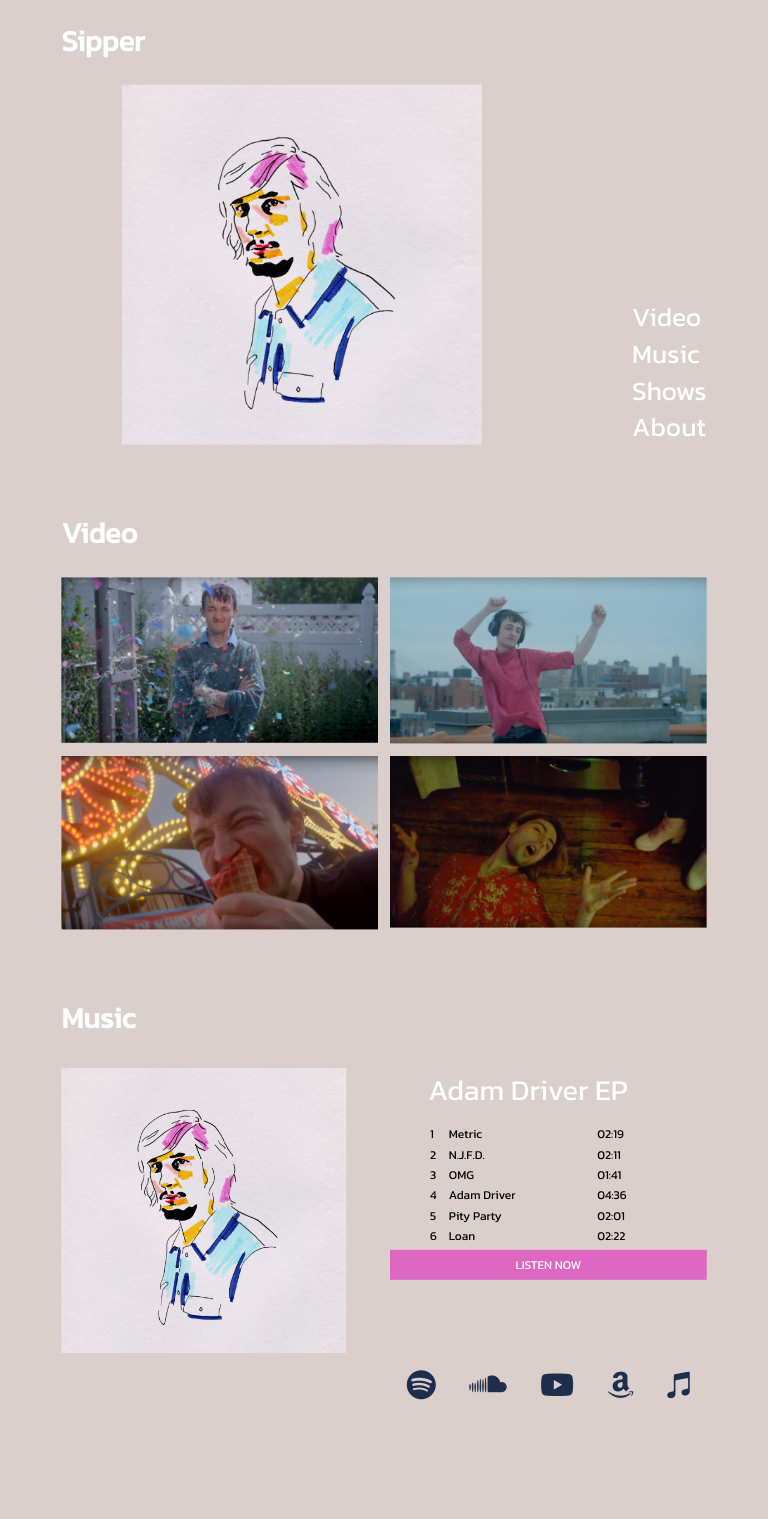
Repository: KrystellBarraza/SipperNYC
Page: index.html
An editor plug-in stored every save of this project. The page is shown before and after the next save, followed by the edit.
The browser window is 1280 px wide. The pictures show the whole page, at 60% of full size.
Some web libraries are served in a nearby version.

Above is the page before, as saved 2019-08-20 19:43:00.

### index.html
<!DOCTYPE html>
    <head>
        <meta charset="utf-8">
        <meta http-equiv="X-UA-Compatible" content="IE=edge">
        <title>Sipper</title>
        <meta name="description" content="Wholesome and intrinsically delicate, SIPPER is an NYC based band who wants nothing more than to make you enjoy whatever they put out.">
        <meta name="viewport" content="width=device-width, initial-scale=1">
        <script src="https://kit.fontawesome.com/0942df55aa.js"></script>
        <script src="https://ajax.googleapis.com/ajax/libs/jquery/3.4.1/jquery.min.js"></script>
        <link rel="stylesheet" href="https://ajax.googleapis.com/ajax/libs/jqueryui/1.12.1/themes/smoothness/jquery-ui.css">
        <script src="https://ajax.googleapis.com/ajax/libs/jqueryui/1.12.1/jquery-ui.min.js"></script>
        <link href="https://fonts.googleapis.com/css?family=Kanit&display=swap" rel="stylesheet">
        <link rel="stylesheet" href="venobox/venoboxcopy.css" type="text/css" media="screen">
        <link rel="stylesheet" href="style.css">
    </head>
    <body>

        <div class="container-home">
            <div class="head">
                <header>
                    <h1><a href="index.html">Sipper</a></h1>

                    <div id="toggleText">
                        <p class="menuToggle Open placeHolder"></p>
                        <p class="menuToggle Close" style="color: #FFF;"></p>
                    </div>

                    <div id="menu">
                        <ul id="hiddenMenu">
                            <li><a href="#video">Video</a></li>
                            <li><a href="#music">Music</a></li>
                            <li><a href="#shows">Shows</a></li>
                            <li><a href="#about">About</a></li>
                        </ul>
                    </div>

                    <div class="inlineMenu">
                        <a href="#video">Video</a>
                        <a href="#music">Music</a>
                        <a href="#shows">Shows</a>
                        <a href="#about">About</a>
                    </div>

                </header>
            </div>

            <div id="menu-container"></div>

            <div class="menu">
                <div class="flexbox-nav">
                    <nav class="side-Nav">
                        <li><a href="#video">Video</a></li>
                        <li><a href="#music">Music</a></li>
                        <li><a href="#shows">Shows</a></li>
                        <li><a href="#about">About</a></li>
                    </nav>
                </div>
            </div>

            <div class="album">
                <img src="images/albumcover.jpg">
            </div>

            <div class="footer"></div>

        </div>


        <div class="container-video">
            <div class="head-video">
                <h1 id="video">Video</h1>
            </div>

            <div class="container video-a">
                <div class="content">
                    <a class="venobox" data-autoplay="true" data-vbtype="video" data-gall="myGallery" href="https://youtu.be/N3MalJX4Ll4">
                        <div class="content-overlay"></div>
                        <img class="content-image" src="images/AdamDriver.jpg" alt="Adam Driver">
                        <div class="content-details fadeIn-bottom">
                            <p class="content-title">Adam Driver</p>
                        </div>
                    </a>
                </div>
            </div>

            <div class="container video-b">
                <div class="content">
                    <a class="venobox" data-autoplay="true" data-vbtype="video" data-gall="myGallery" href="https://youtu.be/suzVxfuO1rU">
                        <div class="content-overlay"></div>
                        <img class="content-image" src="images/Metric.jpg" alt="Metric">
                        <div class="content-details fadeIn-top">
                            <p class="content-title">Metric</p>
                        </div>
                    </a>
                </div>
            </div>

            <div class="container video-c">
                <div class="content">
                    <a class="venobox" data-autoplay="true" data-vbtype="video" data-gall="myGallery" href="https://youtu.be/sNYNVeHuiyg">
                        <div class="content-overlay"></div>
                        <img class="content-image" src="images/NJFD.jpg" alt="N.J.F.D.">
                        <div class="content-details fadeIn-left">
                            <p class="content-title">N.J.F.D.</p>
                        </div>
                    </a>
                </div>
            </div>

            <div class="container video-d">
                <div class="content">
                    <a class="venobox" data-autoplay="true" data-vbtype="video" data-gall="myGallery" href="https://youtu.be/S9CmWtUvWd0">
                        <div class="content-overlay"></div>
                        <img class="content-image" src="images/OMG.jpg" alt="OMG">
                        <div class="content-details fadeIn-right">
                            <p class="content-title">OMG</p>
                        </div>
                    </a>
                </div>
            </div>

            <div class="footer-video"></div>

        </div>

        <div class="container-music">
            <div class="head-music">
                    <h1 id="music">Music</h1>
            </div>

            <img class="ep music-e" src="images/albumcover.jpg" alt="Adam Driver EP">

            <div class="music-k">
                <p class="ep-title">Adam Driver EP</p>

                <table class="musicTable">
                    <tr>
                        <td>1</td>
                        <td>Metric</td>
                        <td>02:19</td>
                    </tr>
                    <tr>
                        <td>2</td>
                        <td>N.J.F.D.</td>
                        <td>02:11</td>
                    </tr>
                    <tr>
                        <td>3</td>
                        <td>OMG</td>
                        <td>01:41</td>
                    </tr>
                    <tr>
                        <td>4</td>
                        <td>Adam Driver</td>
                        <td>04:36</td>
                    </tr>
                    <tr>
                        <td>5</td>
                        <td>Pity Party</td>
                        <td>02:01<td>
                    </tr>
                    <tr>
                        <td>6</td>
                        <td>Loan</td>
                        <td>02:22</td>
                    </tr>
                </table>
            </div>

            <div class="music-j">
                <div class="listen">
                    <a href="https://levelmusic.lnk.to/AdamDriver_EP" target="_blank">Listen Now</a>
                </div>
            </div>

            <div class="fabIcons music-g">
                <a href="https://open.spotify.com/album/55qLPgpA8Q9fKp5JZo5pjp" target="_blank"><i class="fab fa-spotify"></i></a>
                <a href="https://soundcloud.com/invertebratemusic/sets/sipper-adam-driver-ep" target="_blank"><i class="fab fa-soundcloud"></i></a>
                <a href="https://www.youtube.com/channel/UC4grwiaSitqhA_vmRum_fdg/search?query=sipper" target="_blank"><i class="fab fa-youtube"></i></a>
                <a href="https://www.amazon.com/gp/product/B07QJBL8ZX/ref=dm_ws_sp_ps_dp" target="_blank"><i class="fab fa-amazon"></i></a>
                <a href="https://music.apple.com/us/album/1459355658?app=music" target="_blank"><i class="fab fa-itunes-note"></i></a>
            </div>

            <div class="footer-music"></div>

        </div>

        <script src="app.js" async defer></script>
        <script src="venobox/venobox.mincopy.js" async defer></script>
    </body>
</html>

### style.css
* {
    box-sizing: border-box;
}

html {
    scroll-behavior: smooth;
}

body {
    margin: 0;
    background-color: #dacfca;
}

p, li {
    font-family: 'Kanit', sans-serif;
}

p {
    font-size: 18px;
}

h1 {
    font-family: 'Kanit', sans-serif;
    color: #fff;
    font-size: 48px;
}

a {
    text-decoration: none;
    color: #fff;
}

/* Header - Home */

.container-home {
    display: grid;
    grid-template-columns: repeat(12, 1fr);
    grid-template-rows: auto 2fr 1fr;
    grid-gap: 5px;
    grid-column-gap: 20px;
    padding-left: 8%;
    padding-right: 8%;
    grid-template-areas:
    "h h h h h h h h h h h h"
    "c c c c c c c c c m m m"
    "c c c c c c c c c m m m"
    "c c c c c c c c c m m m"
    "f f f f f f f f f f f f";
}

.head {
    grid-area: h;
}

.inlineMenu {
    font-family: 'Kanit', sans-serif;
    font-size: 22px;
    word-spacing: 1em;
    top: 16%;
    right: 10%;
    position: absolute;
}

@media (min-width: 566px) and (max-width: 569px) {
    .inlineMenu {
        top: 19.5%;
        word-spacing: .5em;
    }
}

/* Toggled Header Nav */

#toggleText {
    top: 5%;
    right: 10%;
    color: #fff;
    position: absolute;
    z-index: 10;
}

#menu-container {
    background-color: #03262f;
    position: absolute;
    width: 100%;
    left: 0%;
    height: 100vh;
    z-index: 6;
}

#menu {
    background-color: #03262f;
    position: absolute;
    top: 0%;
    left: 0%;
    width: 100%;
    height: 100vh;
    z-index: 7;
}

#hiddenMenu {
    position: absolute;
    top: 30%;
}

p.placeHolder {
    display: none;
}

p.Open:before {
    content: "Menu";
}

p.Close:before {
    content: "Close";
}

ul {
    list-style: none;
}

li {
    font-size: 44px;
    line-height: 46pt;
}

/* Toggled Menu Media Queries */

@media only screen and (max-width: 450px) {
    nav {
        visibility: hidden;
    }
}

@media only screen and (min-width: 450px) {
    #toggleText {
        visibility: hidden;
    }

    #menu {
        visibility: hidden;
    }

    #menu-container {
        visibility: hidden;
    }
}

/* Scrollbar */

::-webkit-scrollbar { width: 8px; }

::-webkit-scrollbar-track { color: transparent; }

::-webkit-scrollbar-thumb {
    background-color: rgba(000, 0, 0, 0.2);
    border-radius: 5px;
}

/* Menu */

.menu {
    grid-area: m;
}

.flexbox-nav {
    display: flex;
    align-items: flex-end;
    justify-content: flex-end;
    margin-top: 356px;
}

.side-nav {
    align-self: flex-end;
    margin-top: 30px;
}

nav > a {
    font-family: 'Kanit', sans-serif;
    color: #fff;
    font-size: 48px;
}

nav > li {
    list-style-type: none;
    padding: 0;
    margin: 0;
}

@media only screen and (max-width: 416px){
    .menu {
        display: none;
    }

    .container-home {
        display: grid;
        grid-template-columns: repeat(12, 1fr);
        grid-template-rows: auto 2fr 1fr;
        grid-gap: 5px;
        padding-left: 8%;
        padding-right: 8%;
        grid-template-areas:
        "h h h h h h h h h h h h"
        "c c c c c c c c c c c c"
        "c c c c c c c c c c c c"
        "c c c c c c c c c c c c"
        "f f f f f f f f f f f f";
    }

    .album > img {
        object-fit: contain;
        width: 100%;
    }

}

/* Inline Menu Queries */

@media only screen and (max-width: 416px) {
    .inlineMenu {
        display: none;
    }
}

@media only screen and (min-width: 766px){
    .inlineMenu {
        display: none;
    }
}

/* Mobile Landscape Queries */

@media (orientation: landscape) and (max-width: 766px) {
    .menu {
        display: none;
    }

    .container-home {
        display: grid;
        grid-template-columns: repeat(12, 1fr);
        grid-template-rows: auto 2fr 1fr;
        grid-gap: 5px;
        padding-left: 8%;
        padding-right: 8%;
        grid-template-areas:
        "h h h h h h h h h h h h"
        "c c c c c c c c c c c c"
        "c c c c c c c c c c c c"
        "c c c c c c c c c c c c"
        "f f f f f f f f f f f f";
    }

    .album > img {
        object-fit: contain;
        width: 100%;
    }
}

/* Album */

.album {
    grid-area: c;
}

.album > img {
    object-fit: contain;
    width: 100%;
    max-height: 600px;
}

.footer {
    grid-area: f;
    height: 70px;
}


/* Video */

.container-video {
    display: grid;
    grid-template-columns: repeat(12, 1fr);
    grid-template-rows: auto 1fr 1fr;
    grid-gap: 5px;
    grid-column-gap: 20px;
    padding-left: 8%;
    padding-right: 8%;
    grid-template-areas:
    "h h h h h h h h h h h h"
    "a a a a a a b b b b b b"
    "c c c c c c d d d d d d"
    "f f f f f f f f f f f f";
}

.head-video {
    grid-area: h;
}

.video-a {
    grid-area: a;
    justify-self: center;
}

.video-b {
    grid-area: b;
    justify-self: center;
}

.video-c {
    grid-area: c;
    justify-self: center;
}

.video-d {
    grid-area: d;
    justify-self: center;
}

.footer-video {
    grid-area: f;
    height: 70px;
}

.container .title {
    text-align: center;
}

.content {
    position: relative;
    width: 100%;
    max-width: 550px;
    overflow: hidden;
}

.content .content-overlay {
    background: rgba(0,0,0,0.7);
    position: absolute;
    height: 99%;
    width: 100%;
    opacity: 0;
    -webkit-transition: all 0.4s ease-in-out 0s;
    -moz-transition: all 0.4s ease-in-out 0s;
    transition: all 0.4s ease-in-out 0s;
}

.content:hover .content-overlay {
    opacity: 1;
}

.content-image {
    width: 100%;
}

.content-details {
    position: absolute;
    text-align: center;
    padding-left: 1em;
    padding-right: 1em;
    width: 100%;
    top: 50%;
    left: 50%;
    opacity: 0;
    -webkit-transform: translate(-50%, -50%);
    -moz-transform: translate(-50%, -50%);
    transform: translate(-50%, -50%);
    -webkit-transition: all 0.3s ease-in-out 0s;
    -moz-transition: all 0.3s ease-in-out 0s;
    transition: all 0.3s ease-in-out 0s;
}

.content:hover .content-details {
    top: 50%;
    left: 50%;
    opacity: 1;
}

.content-details p {
    color: #fff;
    font-weight: 500;
    letter-spacing: 0.15em;
    margin-bottom: 0.5em;
    font-size: 0.8em;
    text-transform: uppercase;
}

.fadeIn-bottom {
    top: 80%;
}

.fadeIn-top {
    top: 20%;
}

.fadeIn-left {
    left: 20%;
}

.fadeIn-right {
    left: 80%;
}

@media only screen and (max-width: 416px){
    .container-video {
        display: grid;
        grid-template-columns: repeat(12, 1fr);
        grid-template-rows: auto 1fr 1fr;
        grid-gap: 5px;
        padding-left: 8%;
        padding-right: 8%;
        grid-template-areas:
        "h h h h h h h h h h h h"
        "a a a a a a a a a a a a"
        "b b b b b b b b b b b b"
        "c c c c c c c c c c c c"
        "d d d d d d d d d d d d"
        "f f f f f f f f f f f f";
    }

}

/* Music */

.container-music {
    display: grid;
    grid-template-columns: repeat(12, 1fr);
    grid-template-rows: repeat(6, 1fr);
    grid-gap: 5px;
    grid-column-gap: 20px;
    padding-left: 8%;
    padding-right: 8%;
    grid-template-areas:
    "h h h h h h h h h h h h"
    "e e e e e e k k k k k k"
    "e e e e e e k k k k k k"
    "e e e e e e j j j j j j"
    "e e e e e e g g g g g g"
    "f f f f f f f f f f f f";
}

.head-music {
    grid-area: h;
}

.music-e {
    grid-area: e;
}

.ep {
    width: 90%;
}

.music-g {
    grid-area: g;
    align-items: center;
}

.fabIcons {
    display: flex;
    justify-content: space-around;
}

i {
    font-family:'FontAwesome';
    font-size: 50px;
    color: #1d2e4c;
    transition: 0.5s;
}

i.fab:hover {
    color: #3a527c;
}

.music-j {
    grid-area: j;
    align-items: center;
}

.ep-title {
    font-size: 48px;
    color: #fff;
    margin: 0;
}

.musicTable {
    font-family: 'Kanit', sans-serif;
    padding-top: 20px;
    border: 0;
    font-size: 20px;
    width: 400px;
}

.listen {
    display: flex;
    justify-content: space-around;
    background: #de68c1;
    font-family: 'Kanit', sans-serif;
    text-transform: uppercase;
    text-align: center;
    align-items: center;
    height: 50px;
    font-size: 1.25em;
    -webkit-transition: 0.5s;
    transition: 0.5s;
    border: none;
}

.listen:hover {
    background: #e794ce;
}

.music-k {
    grid-area: k;
    justify-self: center;
}

.footer-music {
    grid-area: f;
    height: 70px;
}

### app.js
$(document).ready(() => {
    $('#toggleText').click(() => {
      $('.menuToggle').toggleClass('placeHolder');
      $('#menu').toggle('slide',{direction:'up'}, 1000);
      $('#menu-container').toggle('fade',{direction: 'down'}, 500);
    });
  });

  $(document).ready(function(){
    $('.venobox').venobox({
        spinner:'three bounce',
        closeBackground: 'transparent'
    });
});

Loaded but not shown: venobox/venoboxcopy.css (common file); venobox/venobox.mincopy.js (library)

After the next save:
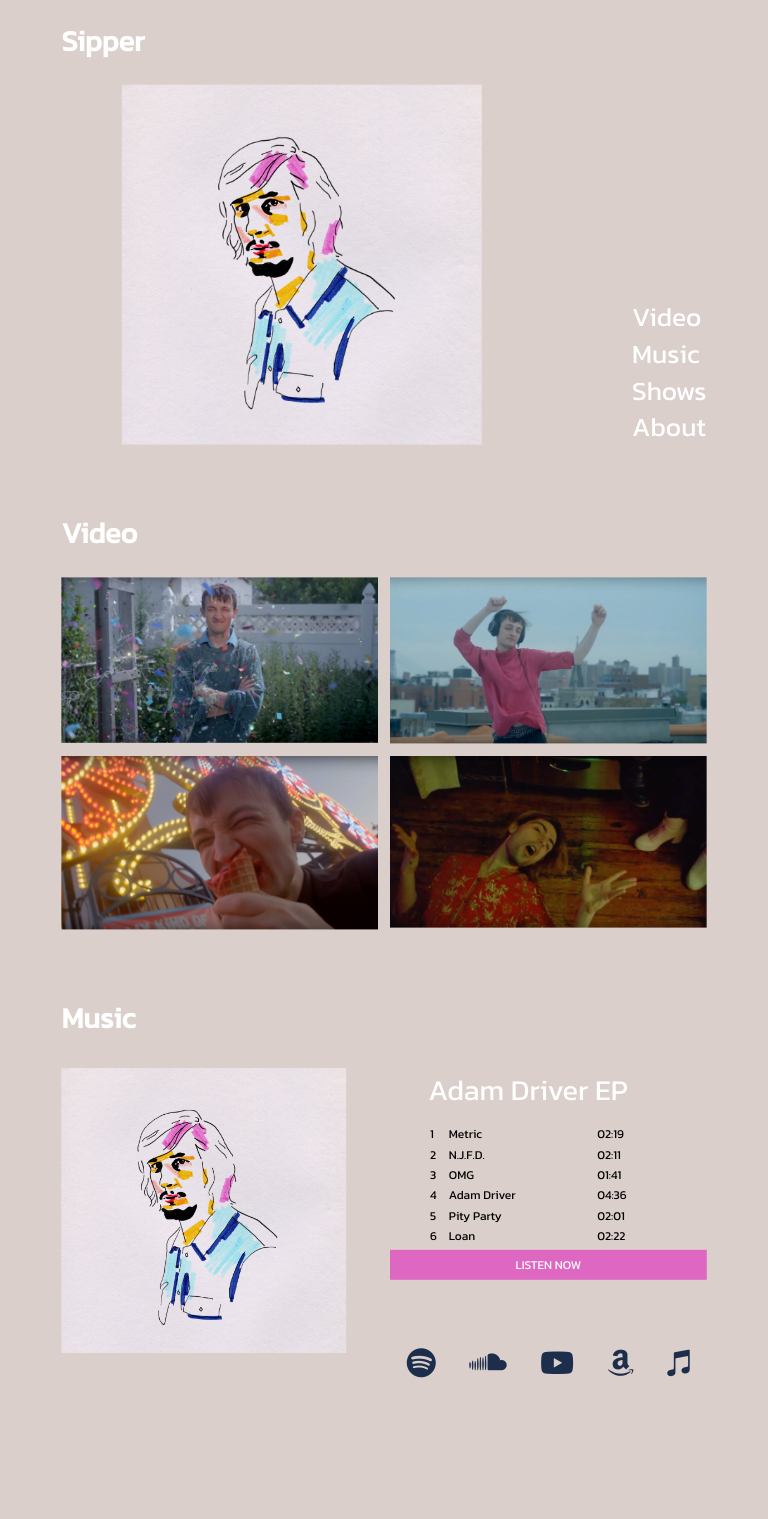
Saved 61 min 57 s later.
--- a/style.css
+++ b/style.css
@@ -450,6 +450,7 @@
 .music-g {
     grid-area: g;
     align-items: center;
+    height: 50%;
 }
 
 .fabIcons {
@@ -471,6 +472,7 @@
 .music-j {
     grid-area: j;
     align-items: center;
+    height: 50%;
 }
 
 .ep-title {

After the save that followed:
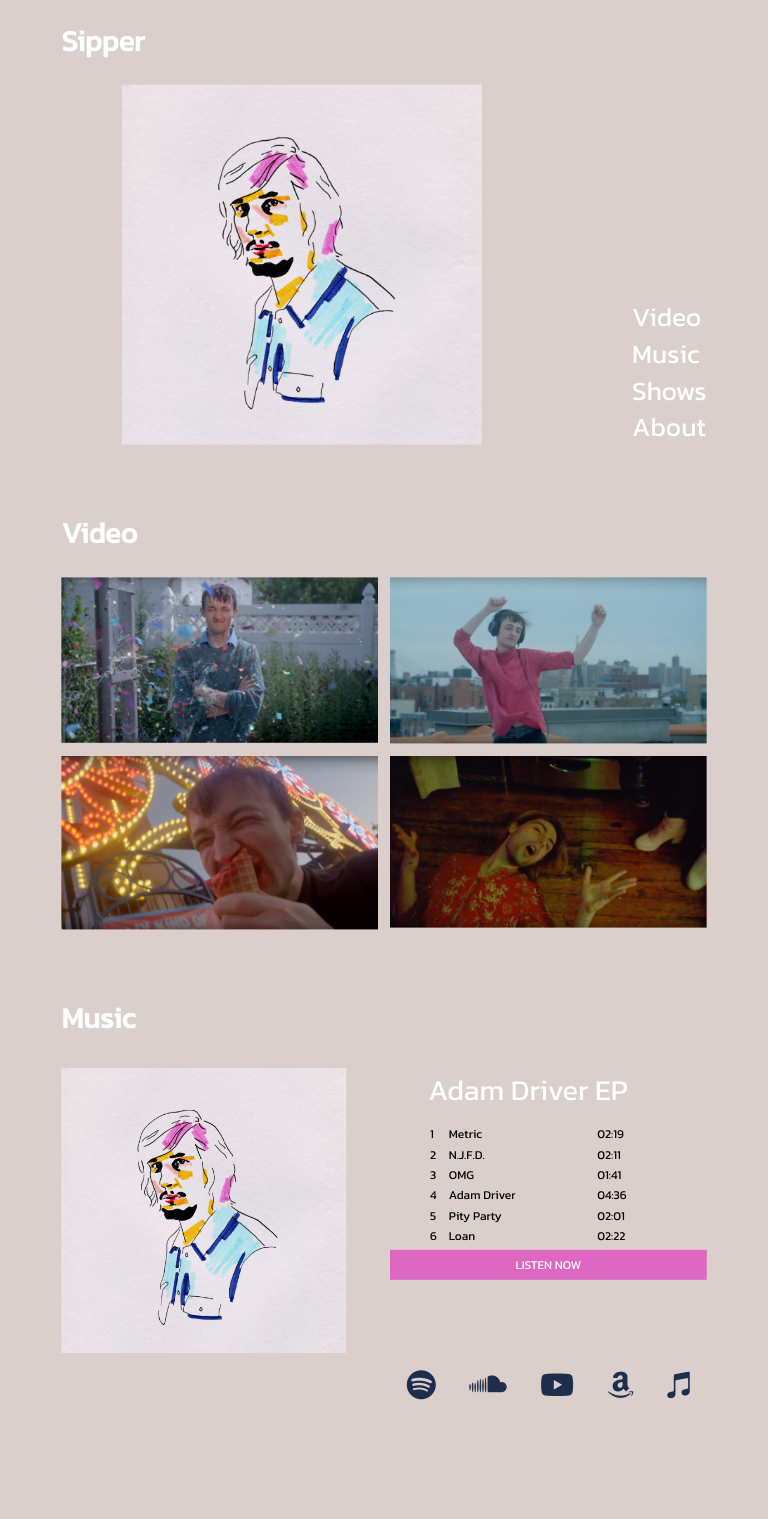
Saved 89 s later.
--- a/style.css
+++ b/style.css
@@ -450,7 +450,6 @@
 .music-g {
     grid-area: g;
     align-items: center;
-    height: 50%;
 }
 
 .fabIcons {
